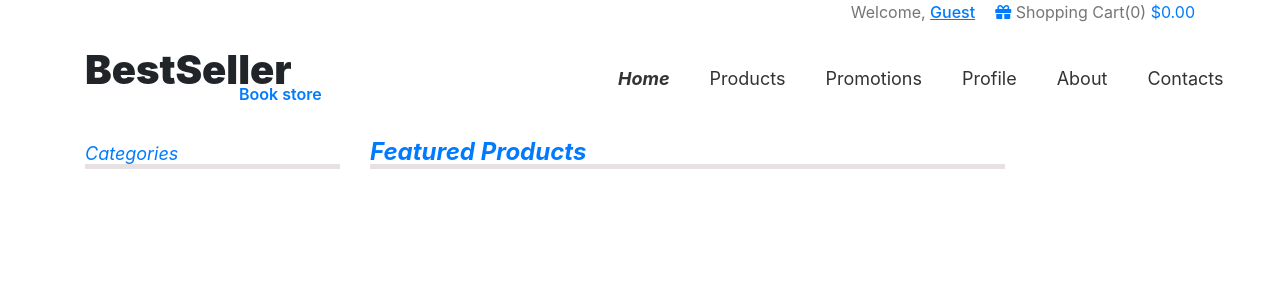
Repository: phunobi1807/BestSeller
Page: index.html
The author's editor kept a copy of each file at every save. The page is drawn from the files as they stood at one save, then again after the next save.
The browser window is 1280 px wide. The pictures show the whole page.

Above is the page before, as saved 2021-06-28 23:03:24.

After the next save:
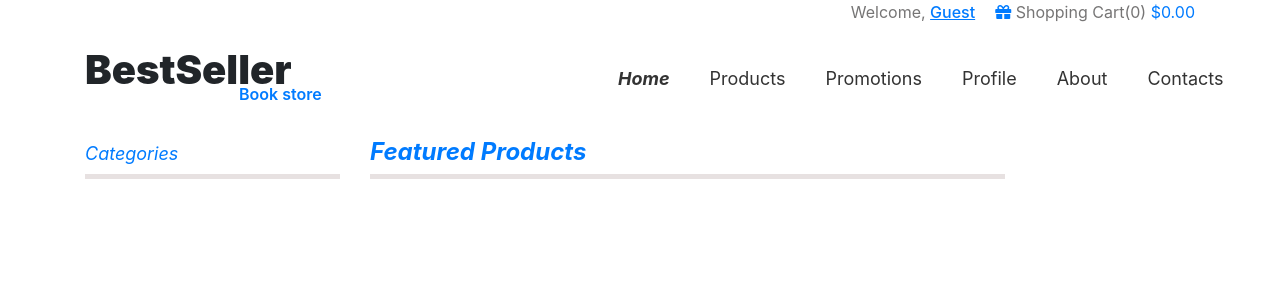
Saved 25 s later.
--- a/css/style.css
+++ b/css/style.css
@@ -99,7 +99,7 @@ html {
     position: absolute;
     content: "";
     left: 0;
-    top: 30px;
+    top: 40px;
     width: 100%;
     height: 5px;
     background-color: #e7e1e1;
@@ -109,7 +109,7 @@ html {
     position: absolute;
     content: "";
     left: 0;
-    top: 30px;
+    top: 40px;
     width: 100%;
     height: 5px;
     background-color: #e7e1e1;
